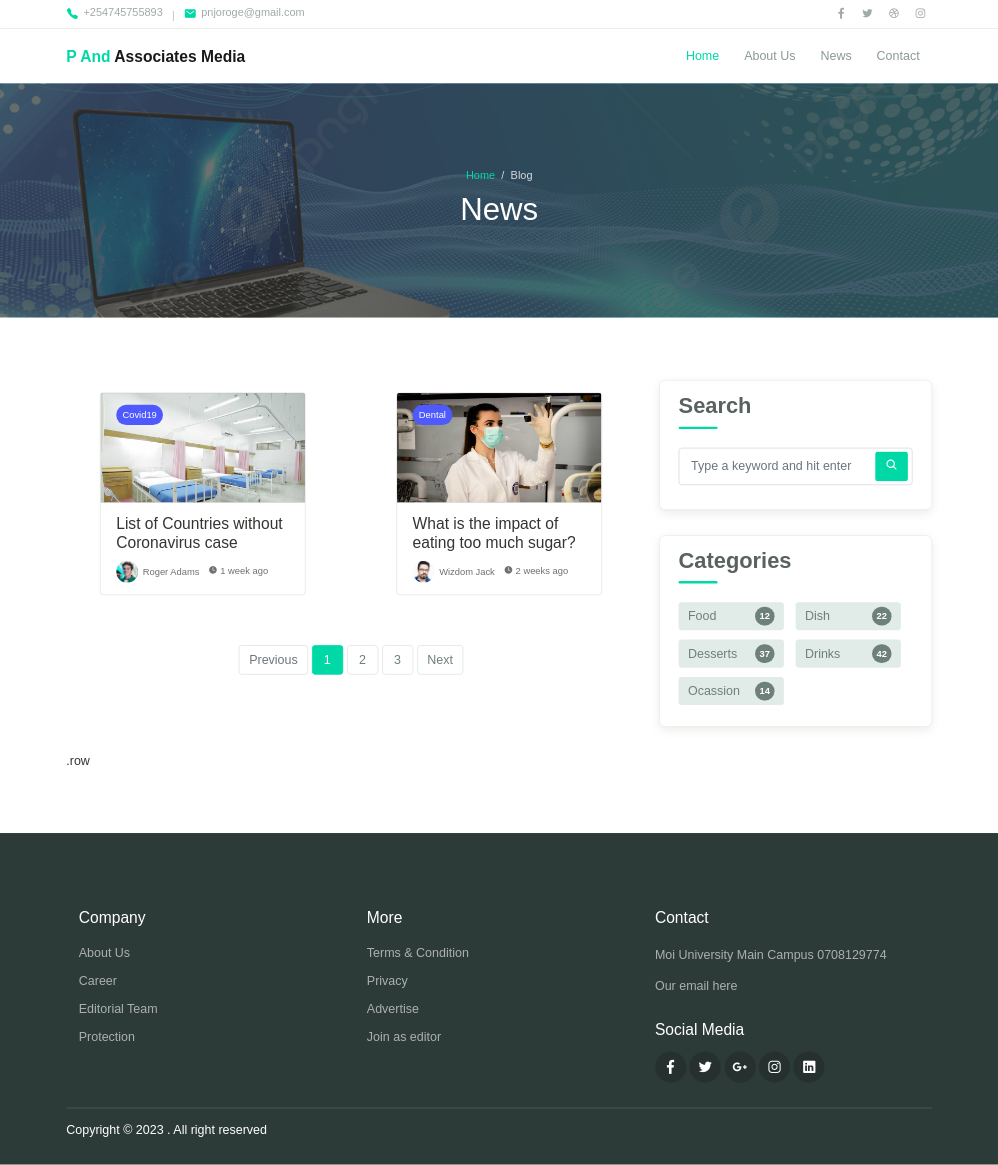
Repository: profbkmurage/myWeb
Page: html/blog.html
An editor plug-in stored every save of this project. The page is shown before and after the next save, followed by the edit.
The browser window is 1280 px wide. The pictures show the whole page, at 78% of full size.

Above is the page before, as saved 2023-12-11 14:21:18.

After the next save:
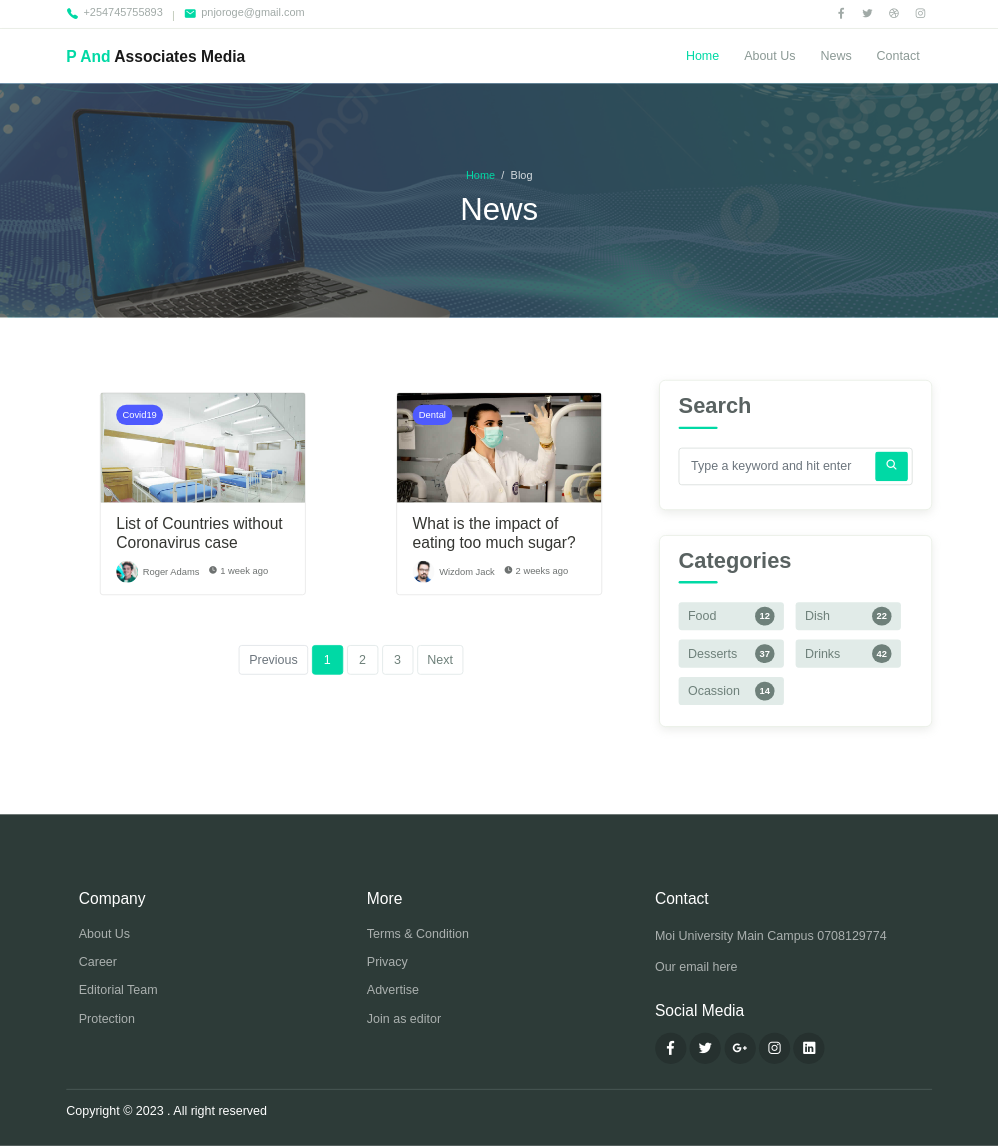
Saved 36 s later.
--- a/html/blog.html
+++ b/html/blog.html
@@ -264,7 +264,7 @@
             </div> -->
           </div>
         </div>
-      </div> .row
+      </div> <!--row -->
     </div> <!-- .container -->
   </div> <!-- .page-section -->
 
